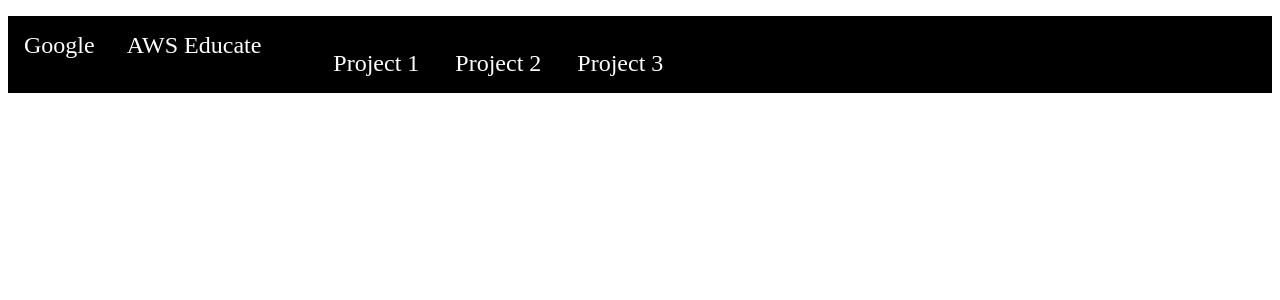
Repository: TangDylan/TangDylan.github.io
Page: index.html
The author's editor kept a record of every edit. The page is drawn from the files as they stood at one moment, then again after the next edit.
The browser window is 1280 px wide. The pictures show the whole page.

Above is the page before.

### index.html
<!DOCTYPE html>
<html>
    <head>

        <title>Home</title>

        <style>

          .navbar {
            list-style:none;
            background-color:black;
            overflow:hidden;
            padding:0;

          }

          .navbar a {
            text-decoration:none;
            color:white;
            font-size:24px;
            padding: 16px;
            display:inline-block
          }

          .navbar li {
            float:left;
          }

          .navbar li:hover {
          background-color:lightblue
          }

          .dropdown {

          }

        </style>
    </head>

    <body>

      <ul class="navbar">
        <li><a href="https://www.google.com">Google</a></li>
        <li><a href="https://www.awseducate.com">AWS Educate</a></li>
        <li class="dropdown">
          <div>More Links</div>
          <ul class="dropdown-content">
            <a href="#">Project 1</a>
            <a href="#">Project 2</a>
            <a href="#">Project 3</a>

          </ul>

        </li>

      </ul>

    </body>

</html>

After the next edit:
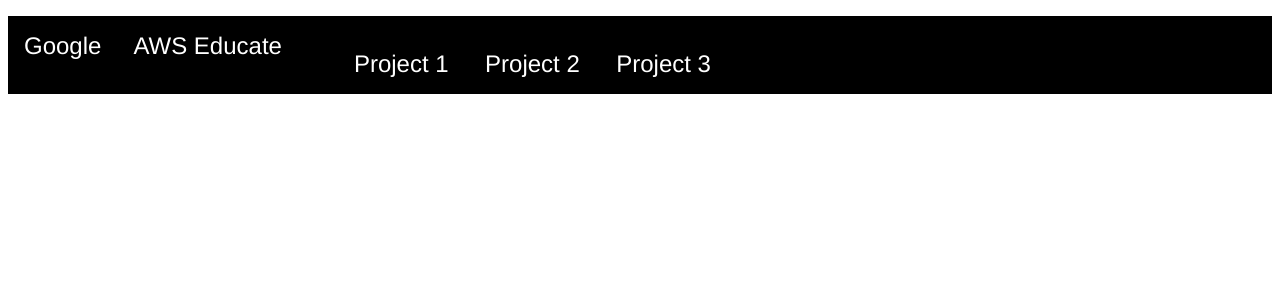
The edit:
--- a/index.html
+++ b/index.html
@@ -5,6 +5,10 @@
         <title>Home</title>
 
         <style>
+
+          * {
+            font-family:helvetica;
+          }
 
           .navbar {
             list-style:none;
